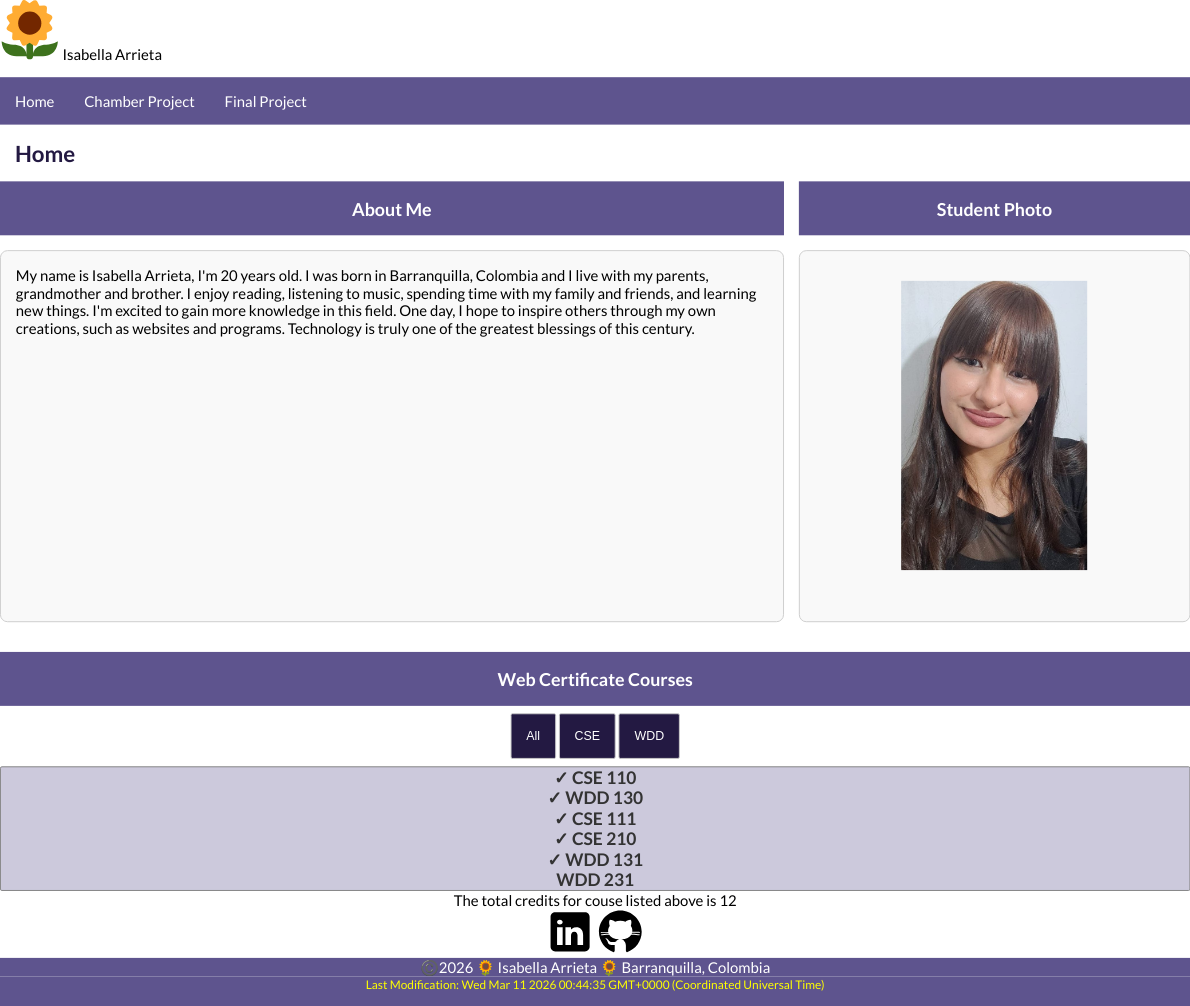
Repository: isaAJ05/wdd231
Page: index.html
An editor plug-in stored every save of this project. The page is shown before and after the next save, followed by the edit.
The browser window is 1280 px wide. The pictures show the whole page, at 93% of full size.
Some web fonts or font styles are not loaded; a fallback is used.

Above is the page before, as saved 2026-03-11 01:02:15.

### index.html
<!DOCTYPE html>
<html lang="en">
<head>
    <meta charset="UTF-8">
    <meta name="viewport" content="width=device-width, initial-scale=1.0">
    <title>WDD 231 – Web Frontend Development I – Isabella Arrieta</title>
    <meta name="description" content="WDD 231 – Web Frontend Development I Isabella Arrieta, This is a page about me">
    <meta name="author" content="Isabella Arrieta">
    <link rel="stylesheet" href="styles/normalize.css">
    <link rel="preconnect" href="https://fonts.googleapis.com">
    <link rel="preconnect" href="https://fonts.gstatic.com" crossorigin>
    <link href="https://fonts.googleapis.com/css2?family=Lato:ital,wght@0,100;0,300;0,400;0,700;0,900;1,100;1,300;1,400;1,700;1,900&family=Open+Sans:ital,wght@0,300..800;1,300..800&family=Play:wght@400;700&family=Raleway:ital,wght@0,100..900;1,100..900&display=swap" rel="stylesheet">
    <script src="scripts/getdates.js" defer></script>
    <script src="scripts/hamburguer.js" defer></script>
    <script src="scripts/courses.js" defer></script>
</head>
<body>
    <header>
        <div class="title">
            <img src="images/sunflower-svgrepo-com.svg" alt="Isabella Arrieta logo">
            <span>Isabella Arrieta</span>
        </div>
        <button id="menu" aria-label="Open menu"></button>
        <nav>
            <ul class="navigation">
			<li><a href="index.html">Home</a></li>
			<li><a href="#" class="chamber">Chamber Project</a></li>
			<li><a href="#" class="final">Final Project</a></li>
		</ul>
        </nav>
    </header>
    <main>
        <h1>Home</h1>
        <section>
         <div class="rectangle">
            <h2>About Me</h2>
            </div>
        <div class="card">
            <p>My name is Isabella Arrieta, I'm 20 years old. I was born in Barranquilla, Colombia and I live with my parents, grandmother and brother. I enjoy reading, listening to music, spending time with my family and friends, and learning new things. I'm excited to gain more knowledge in this field. One day, I hope to inspire others through my own creations, such as websites and programs. Technology is truly one of the greatest blessings of this century.</p>
        </div>
        </section>
        <section>
            <div class="rectangle">
                <h2>Student Photo</h2>
            </div>
            <div class="card">
                <img src="images/isa.jpg" alt="Isabella Arrieta picture">
            </div>
        </section>
        <section>
            <div class="rectangle">
                <h2>Web Certificate Courses</h2>
            </div>
            <div class="course-buttons">
                <button id="all">All</button>
                <button id="cse">CSE</button>
                <button id="wdd">WDD</button>
            </div>
            <div id="courses"></div>
            <p>The total credits for couse listed above is <span id="totalCredits"></span></p>

        </section>
    </main>
    <footer>
        <div class ="icons">
                <a href="https://www.linkedin.com/in/isabella-arrieta/" target="_blank"><img src="images/icons8-linkedin.svg" alt="LinkedIn icon"></a>
                <a href="https://github.com/isaaj05" target="_blank"><img src="images/icons8-github.svg" alt="GitHub icon"></a>
        </div>
        <p>
            ©️<span id="currentyear"></span> 🌻 Isabella Arrieta 🌻 Barranquilla, Colombia
        </p>
        <p class="last-modified">
            <span id="lastModified"></span>
        </p>
    </footer>

</body>
</html>

### styles/normalize.css
:root {
    --primary-color: #231942;
    --secondary-color: #5e548e;
    --font: "Lato", sans-serif;
}
* {
	margin: 0;
	padding: 0;
	box-sizing: border-box;
}
body{
	font-family: var(--font);
}
h1 {
	text-align: left;
	color: var(--primary-color);
	font-size: 1.5rem;
	margin-left: 1rem;
	position: left;
}

h2 {
	font-size: 1.2rem;
	color: #fff;
	text-align: center;
	margin: 1rem;
	}
header {
    position: relative;

}
nav {
	margin: 1rem auto;
}

/* small view navigation */
#menu {
	font-size: 1.5rem;
	border: 0;
	background: none;
	color: #000;
 	position: absolute;
  top: 1rem;
	right: 1rem;
}

#menu::before {
	content: "☰";
}

#menu.open::before {
	content: "✖️";
}

.navigation {
	display: flex;
	flex-direction: column;
	list-style: none;
	background-color: var(--secondary-color);
	color: #fff;
}

.navigation a {
	display: none;
	padding: 1rem;
	text-align: center;
	text-decoration: none;
	color: #fff;
}
.navigation a:hover {
	background-color: #bbb;
	color: #333;
	font-weight: 700;
}

/* when the button is clicked - the open class is toggled (added/removed) */
.open a {
	display: block;
}

.active::before {
	content: "📍";  /* just a wayfinding symbol for the user */
}

.card {
	border: 1px solid #ccc;
	border-radius: 8px;
	padding: 1rem;
	margin: 1rem auto;
	height: 400px;
	background-color: #f9f9f9;
}


.rectangle{
	padding: 0.1rem;
	background-color: var(--secondary-color);

}

.card img{
	width: 200px;
	height: auto;
	display: block;
	margin: 1rem auto;
}
#all, #cse , #wdd {
	background-color: var(--primary-color);
	color: #fff;
	cursor: pointer;
	border: 1px solid #ccc;
	border-radius: 2px;
	padding:  1rem;
	margin-top: 0.5rem;
	margin-bottom: 0.5rem;

}

#all:hover, #cse:hover , #wdd:hover {
	background-color: #ccc9dc;
    cursor: pointer;
	border: 1px solid gray;
	border-radius: 2px;
	color: #333;
	font-weight: 700;
}
#courses{

	background-color: #ccc9dc;
    cursor: pointer;
	border: 1px solid gray;
	border-radius: 2px;
	color: #333;
	font-weight: 700;
	max-height: ;
}
footer {
    color:  #fff;
    text-align: center;
}
footer p {
    background: var(--secondary-color);
}
.last-modified {
    font-size: 0.8rem;
    color: yellow;
	padding-bottom: 1rem;
}

/* large view navigation ************************************/
@media (min-width: 37.5em) {

	 main {
        display: grid;
        grid-template-columns: 2fr 1fr;
        gap: 1rem;

    }

    main h1 {
        grid-column: 1 / -1;
    }

	main section:last-of-type {
    grid-column: 1 / -1;
	text-align: center;
    }

	#menu {
		display: none; /* hide hamburger button */
	}

	.navigation {
		flex-direction: row;
	}

	.navigation a {
		display: block;
		flex: 1 1 100%;
	}

}

### scripts/getdates.js
const year = document.querySelector("#currentyear");
const today = new Date();
year.innerHTML = `<span class="highlight">${today.getFullYear()}</span>`;
const lastMod = document.querySelector("#lastModified");
let oLastModif = new Date(document.lastModified);
lastMod.innerHTML = `Last Modification: <span class="highlight">${oLastModif}</span>`;

### scripts/hamburguer.js
const hamButton = document.querySelector('#menu');
const navigation = document.querySelector('.navigation');
const title = document.querySelector('.title');

hamButton.addEventListener('click', () => {
	navigation.classList.toggle('open');
    hamButton.classList.toggle('open');
    title.classList.toggle('open');
});

### scripts/courses.js
// here we select the elements we need to interact with
const courseContainer = document.querySelector("#courses"); // container for the course cards
const totalCredits = document.querySelector("#totalCredits"); // element to display total credits
// buttons to filter courses
const allBtn = document.querySelector("#all");
const cseBtn = document.querySelector("#cse");
const wddBtn = document.querySelector("#wdd");
// array given by the university with all the courses in the web certificate program
const courses = [
    {
        subject: 'CSE',
        number: 110,
        title: 'Introduction to Programming',
        credits: 2,
        certificate: 'Web and Computer Programming',
        description: 'This course will introduce students to programming. It will introduce the building blocks of programming languages (variables, decisions, calculations, loops, array, and input/output) and use them to solve problems.',
        technology: [
            'Python'
        ],
        completed: true
    },
    {
        subject: 'WDD',
        number: 130,
        title: 'Web Fundamentals',
        credits: 2,
        certificate: 'Web and Computer Programming',
        description: 'This course introduces students to the World Wide Web and to careers in web site design and development. The course is hands on with students actually participating in simple web designs and programming. It is anticipated that students who complete this course will understand the fields of web design and development and will have a good idea if they want to pursue this degree as a major.',
        technology: [
            'HTML',
            'CSS'
        ],
        completed: true
    },
    {
        subject: 'CSE',
        number: 111,
        title: 'Programming with Functions',
        credits: 2,
        certificate: 'Web and Computer Programming',
        description: 'CSE 111 students become more organized, efficient, and powerful computer programmers by learning to research and call functions written by others; to write, call , debug, and test their own functions; and to handle errors within functions. CSE 111 students write programs with functions to solve problems in many disciplines, including business, physical science, human performance, and humanities.',
        technology: [
            'Python'
        ],
        completed: true
    },
    {
        subject: 'CSE',
        number: 210,
        title: 'Programming with Classes',
        credits: 2,
        certificate: 'Web and Computer Programming',
        description: 'This course will introduce the notion of classes and objects. It will present encapsulation at a conceptual level. It will also work with inheritance and polymorphism.',
        technology: [
            'C#'
        ],
        completed: true
    },
    {
        subject: 'WDD',
        number: 131,
        title: 'Dynamic Web Fundamentals',
        credits: 2,
        certificate: 'Web and Computer Programming',
        description: 'This course builds on prior experience in Web Fundamentals and programming. Students will learn to create dynamic websites that use JavaScript to respond to events, update content, and create responsive user experiences.',
        technology: [
            'HTML',
            'CSS',
            'JavaScript'
        ],
        completed: true
    },
    {
        subject: 'WDD',
        number: 231,
        title: 'Frontend Web Development I',
        credits: 2,
        certificate: 'Web and Computer Programming',
        description: 'This course builds on prior experience with Dynamic Web Fundamentals and programming. Students will focus on user experience, accessibility, compliance, performance optimization, and basic API usage.',
        technology: [
            'HTML',
            'CSS',
            'JavaScript'
        ],
        completed: false
    }
]
// function to display the courses on the page
function displayCourses(courseList) {
    courseContainer.innerHTML = ""; // clear the container before adding new courses

    courseList.forEach(course => {
        const card = document.createElement("div"); // create a card for each course
        card.classList.add("course-card");

        if (course.completed) {
            card.classList.add("completed");// add a class to indicate the course is completed
        }

        card.innerHTML = `
            <h3>${course.completed ? '✓' : ''} ${course.subject} ${course.number}</h3>
        `;

        courseContainer.appendChild(card); // add the card to the container
    });

    calculateCredits(courseList);
}
function calculateCredits(courseList) {
    const total = courseList.reduce((sum, course) => sum + course.credits, 0); // calculate the total credits by summing the credits of all courses in the list
    totalCredits.textContent = total;
}

allBtn.addEventListener("click", () => {
    displayCourses(courses);
});

cseBtn.addEventListener("click", () => {
    const cseCourses = courses.filter(course => course.subject === "CSE");
    displayCourses(cseCourses);
});

wddBtn.addEventListener("click", () => {
    const wddCourses = courses.filter(course => course.subject === "WDD");
    displayCourses(wddCourses);
});

displayCourses(courses);

After the next save:
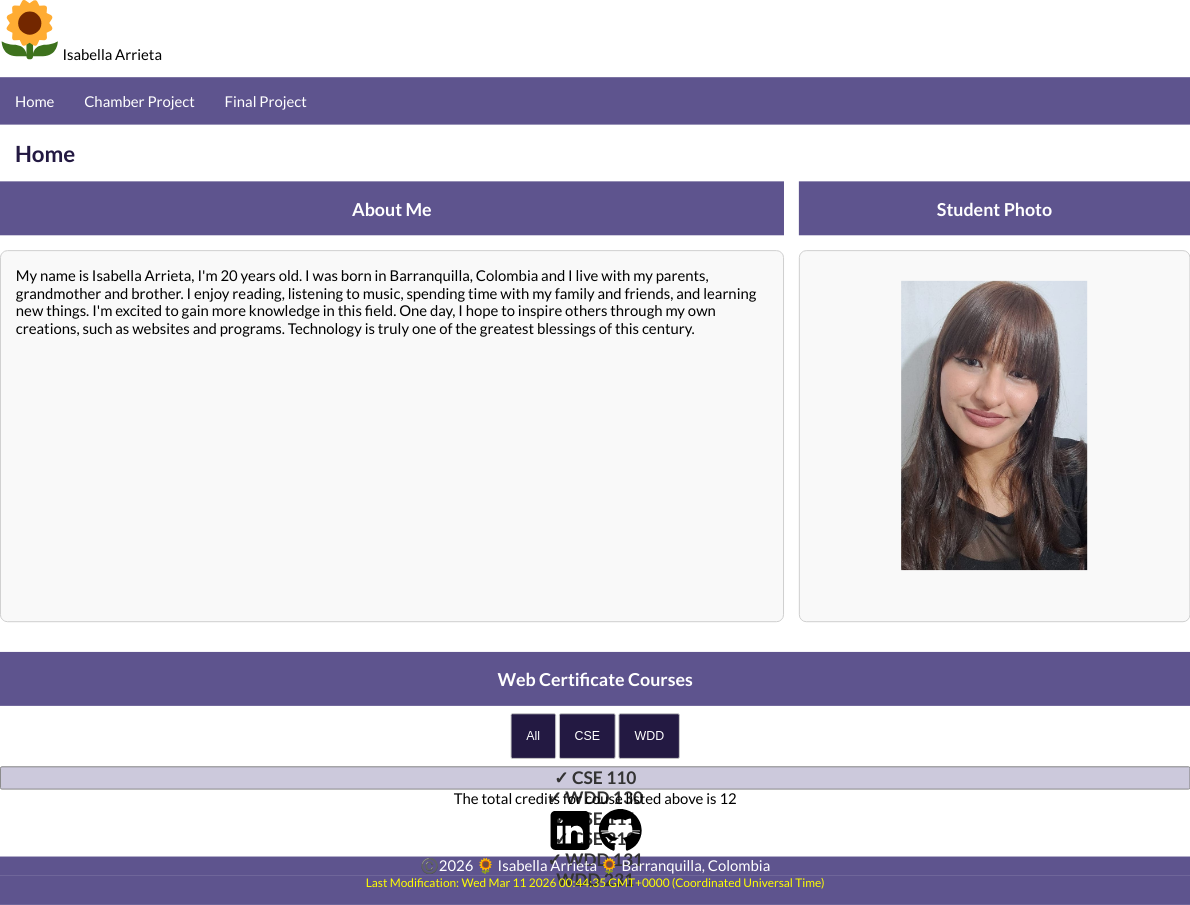
Saved 6 s later.
--- a/styles/normalize.css
+++ b/styles/normalize.css
@@ -132,7 +132,7 @@
 	border-radius: 2px;
 	color: #333;
 	font-weight: 700;
-	max-height: ;
+	max-height: 25px;
 }
 footer {
     color:  #fff;

After the save that followed:
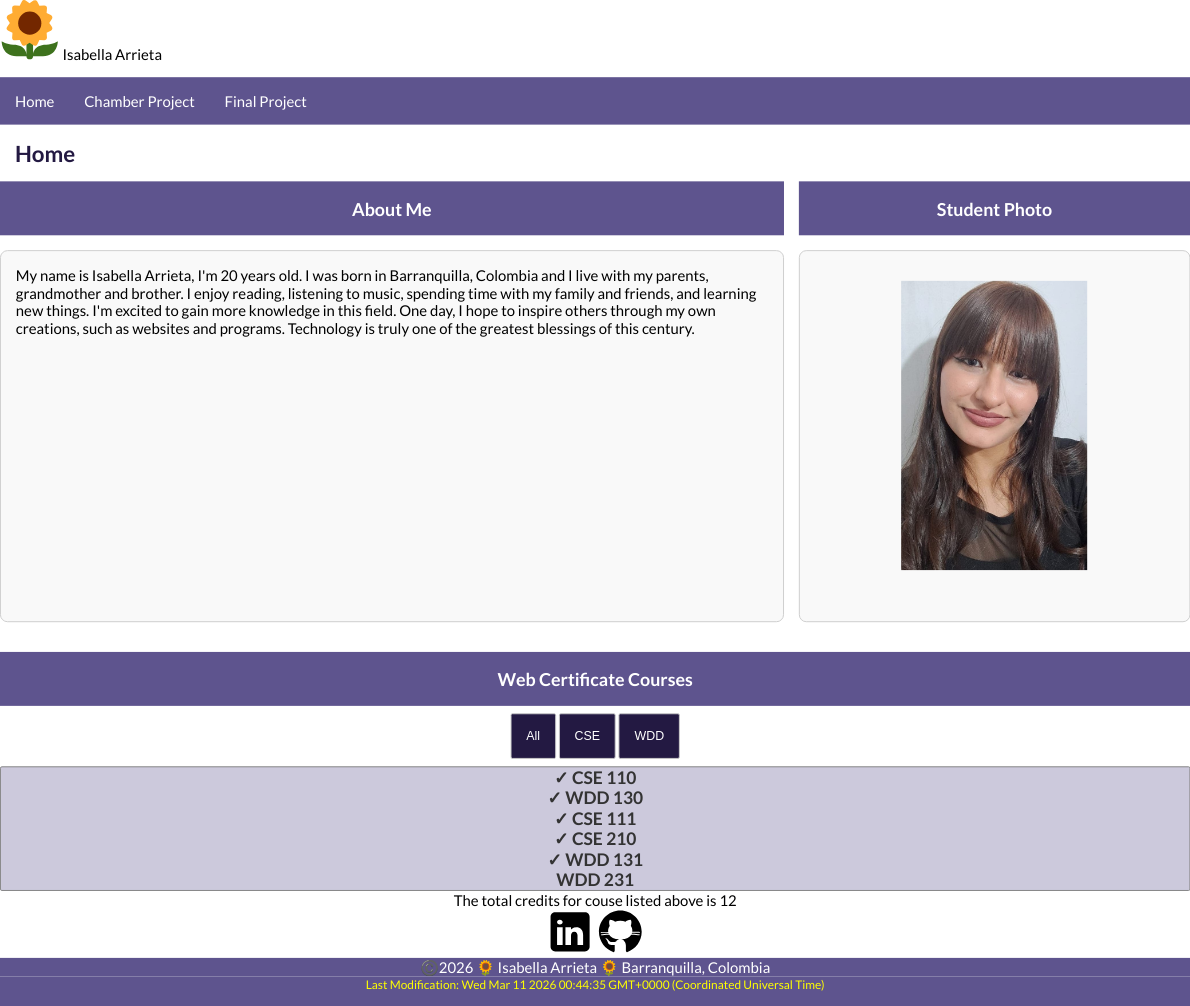
Saved 14 s later.
--- a/styles/normalize.css
+++ b/styles/normalize.css
@@ -132,7 +132,7 @@
 	border-radius: 2px;
 	color: #333;
 	font-weight: 700;
-	max-height: 25px;
+	max-height: px;
 }
 footer {
     color:  #fff;
